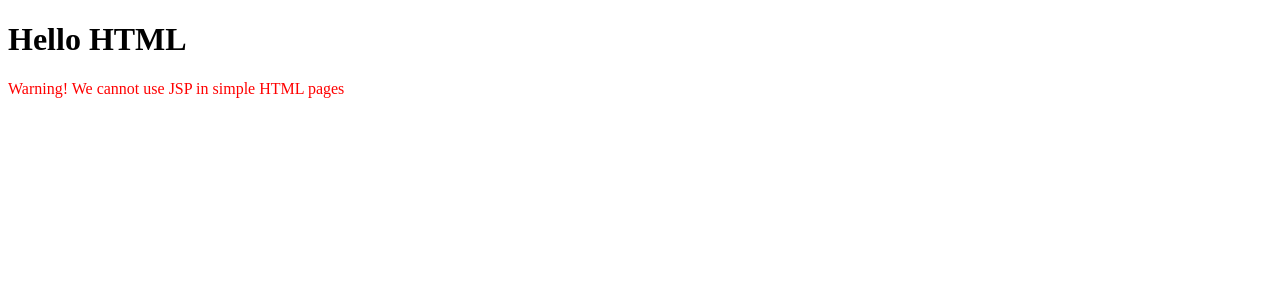
Repository: believemaster/JavaDynamicWeb-JSP
Page: Hello JSP/src/main/webapp/Hello.html
These files come from the project's save history. The page is drawn as it stood at one moment and after the next save; the edit follows.
The browser window is 1280 px wide. The pictures show the whole page.

Above is the page before, as saved 2022-05-24 17:38:13.

After the next save:
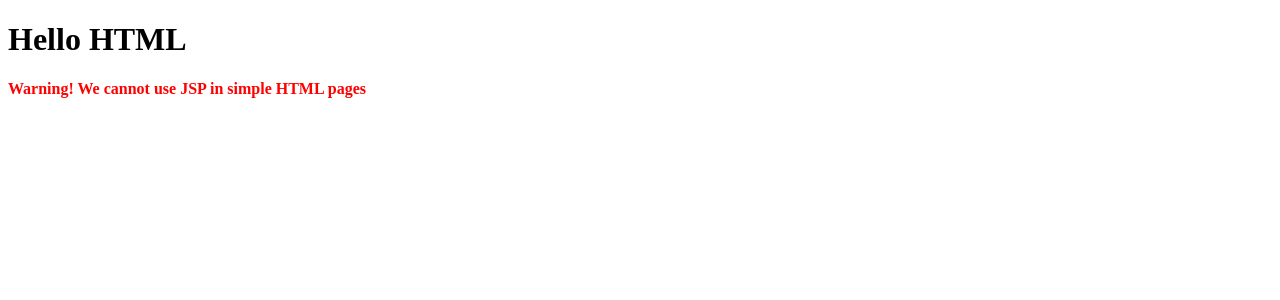
Saved 7 s later.
--- a/Hello JSP/src/main/webapp/Hello.html
+++ b/Hello JSP/src/main/webapp/Hello.html
@@ -6,6 +6,7 @@
 <style>
 .highlight {
 color: red;
+font-weight: bold;
 }
 </style>
 </head>
